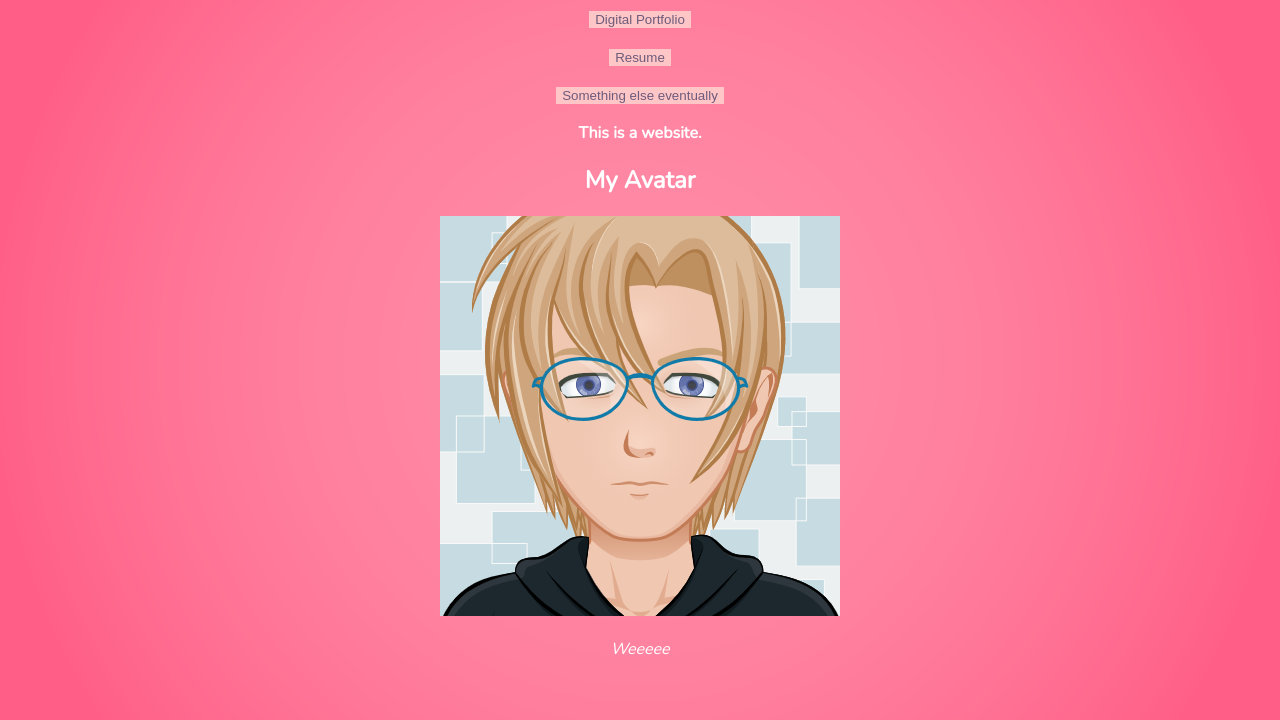
Repository: Ivyeomnky/Ivyeomnky.github.io
Page: index.html
The author's editor kept a record of every edit. The page is drawn from the files as they stood at one moment, then again after the next edit.
The browser window is 1280 px wide. The pictures show the whole page.
Backgrounds fixed to the window are drawn as part of the page.

Above is the page before.

### index.html
<!doctype html>
<html>
    <style>
    </style>
    <head>
        <title>Welcome!</title>
        <link rel="stylesheet" href="css.css">
        <link href="https://fonts.googleapis.com/css?family=Nunito|Roboto|Rubik&display=swap" rel="stylesheet">
    </head>
    <body>
        <div class="font-effect-anaglyph">
        <center>
        <a href="dp.html" target="_blank"><button>Digital Portfolio</button></a>
        <p><a href="resume.html" target="_blank"><button>Resume</button></a></p>
        <p><a href="html.html" target="_blank"><button>Something else eventually</button></a></p>

        <center><p><b>This is a website.</b></center>
        <h2>My Avatar</h2></p>
        <img src="images/myAvatar.png" alt="My Avatar" width="400" height="400">
        <p><i>Weeeee</i></p>
        </center>
    </body>
</html>

### css.css
body {
  color: White;
  font-family: 'Nunito', sans-serif;
  background-image: url('images/pinkBG.png');
  background-repeat: no-repeat;
  background-attachment: fixed;
  background-size: cover;
}
h1 {
  font-family: 'Rubik', sans-serif;
}
button{
    background-color: #ffc6c7;
    border: None;
    color: #6c5b7b;
    opacity:100;

}

After the next edit:
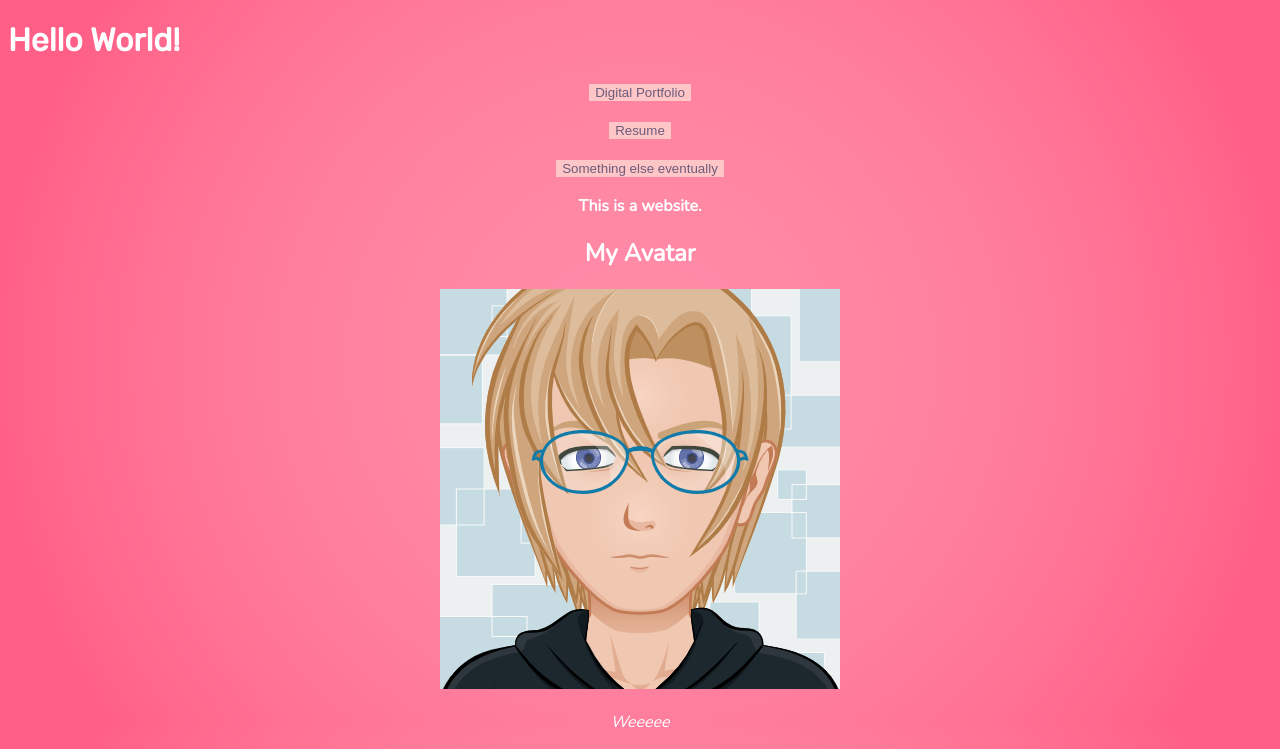
The edit:
--- a/index.html
+++ b/index.html
@@ -8,6 +8,7 @@
         <link href="https://fonts.googleapis.com/css?family=Nunito|Roboto|Rubik&display=swap" rel="stylesheet">
     </head>
     <body>
+        <h1>Hello World!</h1>
         <div class="font-effect-anaglyph">
         <center>
         <a href="dp.html" target="_blank"><button>Digital Portfolio</button></a>
